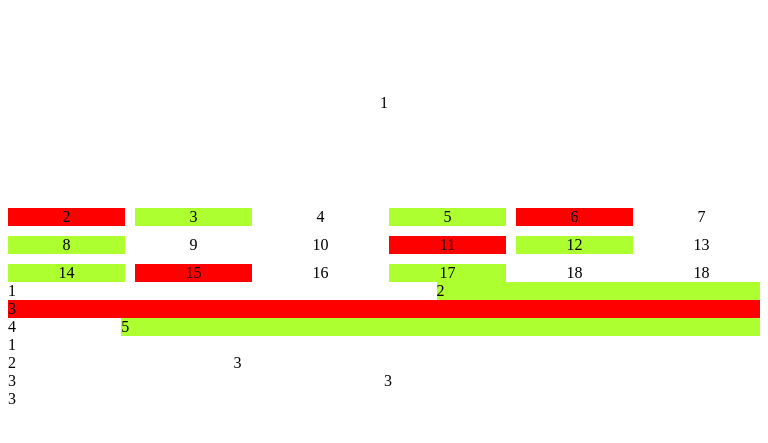
Repository: motiejus1/09-paskaita-05.31
Page: index.html
An editor plug-in stored every save of this project. The page is shown before and after a run of saves, followed by the edit.
The browser window is 768 px wide. The pictures show the whole page.

Above is the page before, as saved 2021-06-15 20:49:50.

### index.html
<!DOCTYPE html>
<html lang="en">
<head>
    <meta charset="UTF-8">
    <meta http-equiv="X-UA-Compatible" content="IE=edge">
    <meta name="viewport" content="width=device-width, initial-scale=1.0">
    <title>9 paskaita</title>
    <style>
        .grid-container {
            display: grid;
            grid-template-columns: auto auto auto;
            grid-column-gap: 10px ;
            grid-row-gap: 10px ;
        }

        @media screen and ()

        .zalia {
            background-color: green;
        }

        .raudona {
            background-color: red;
        }

        .geltona {
            background: greenyellow;
        }

        .grid-item-1 {
            /* grid-column-start: 1 ;
            grid-column-end: 3 ; */

            grid-column: 1 / span 6;

            grid-row: 1 / span 20;
        }

        /* .grid-item-2 {
            grid-column-start: 1 ;
            grid-column-end: 3 ;
            grid-row-start: 3;
            grid-row-end: 25 ;
        } */

        .grid-item {
            display:grid;
            justify-content: center;
            align-items: center;
        }
        .flex-container {
            display:flex;
            justify-content: center;
            align-items: center;
        }

        .grid-container-1 {
            display: grid;
            grid-template-areas:
            'pirmas pirmas pirmas pirmas antras antras antras'
            'trecias trecias trecias trecias trecias trecias trecias'
            'ketvirtas penktas penktas penktas penktas penktas penktas'
            'ketvirtas penktas penktas penktas penktas penktas penktas'

            ;
        }
        .grid-element-1 {
            grid-area: pirmas;
        }

        .grid-element-2 {
            grid-area: antras;
        }

        .grid-element-3 {
            grid-area: trecias;
        }

        .grid-element-4 {
            grid-area: ketvirtas;
        }

        .grid-element-5 {
            grid-area: penktas;
        }

        .grid-container-2 {
            display:grid;
            grid-template-columns: 10% 10% 10% 10% 10% 10% 10% 10% 10% 10%
        }

        .grid1 {
            /* width: 100%; */
            grid-column: 1 / span 10;
        }

        .grid2 {
            grid-column: 1 / span 3;
        }

        .grid3 {
            grid-column: 4 / span 10;
        }

        .grid4 {
            grid-column: 1 /span 5;
        }

        .grid5 {
            grid-column:  6 /span 10;
        }

        .grid6 {
            grid-column:  1 /span 7;
        }

    </style>
</head>
<body>
    <div class="grid-container">
        <div class="grid-item grid-item-1 zalia">
            1
        </div>
        <div class="grid-item grid-item-2 raudona">
            2
        </div>
        <div class="grid-item grid-item-3 geltona">3</div>
        <div class="grid-item grid-item-4 zalia">4</div>
        <div class="grid-item geltona">5</div>
        <div class="grid-item raudona">6</div>
        <div class="grid-item zalia">7</div>
        <div class="grid-item geltona">8</div>
        <div class="grid-item zalia">9</div>
        <div class="grid-item zalia">10</div>
        <div class="grid-item raudona">11</div>
        <div class="grid-item geltona">12</div>
        <div class="grid-item zalia">13</div>
        <div class="grid-item geltona">14</div>
        <div class="grid-item raudona">15</div>
        <div class="grid-item zalia">16</div>
        <div class="grid-item geltona">17</div>
        <div class="grid-item zalia">18</div>
        <div class="flex-container zalia">18</div>
    </div>

    <div class="grid-container-1">
        <div class="grid-element-1 zalia">1</div>
        <div class="grid-element-2 geltona">2</div>
        <div class="grid-element-3 raudona">3</div>
        <div class="grid-element-4 zalia">4</div>
        <div class="grid-element-5 geltona">5</div>
    </div>

    <div class="grid-container-2">
        <div class="grid1 plotis100">1</div>
        <div class="grid2 plotis30">2</div>
        <div class="grid3 plotis70">3</div>
        <div class="grid4 plotis50">3</div>
        <div class="grid5 plotis50">3</div>
        <div class="grid6 plotis65">3</div>
    </div>

</body>
</html>

After the next 2 saves:
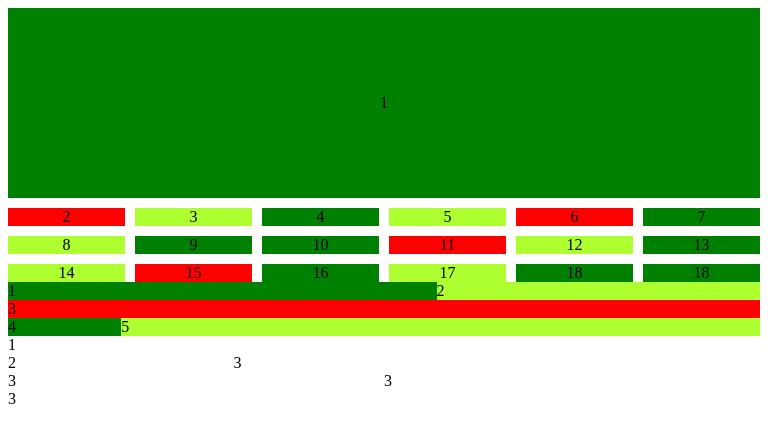
The 2 saves are shown as one change because they came seconds apart.
The last was saved 8 s later.
--- a/index.html
+++ b/index.html
@@ -13,7 +13,9 @@
             grid-row-gap: 10px ;
         }
 
-        @media screen and ()
+        @media screen and (max-width: 1000px) {
+
+        }
 
         .zalia {
             background-color: green;
